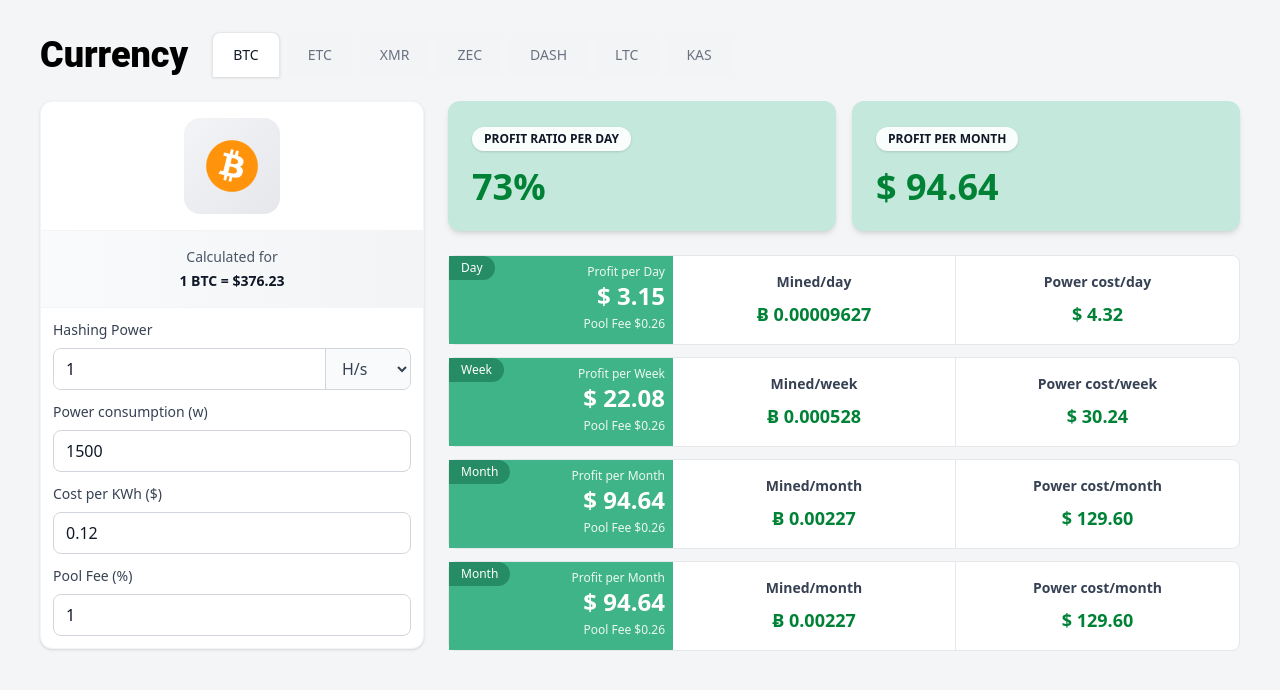
Repository: Bilal-Ahmad-CodeMaster/crypto-proj
Page: /
An editor plug-in stored every save of this project. The page is shown before and after the next save, followed by the edit.
The browser window is 1280 px wide. The pictures show the whole page.
The project was rebuilt for these pictures with package versions that can differ from the ones it lists, and the page was loaded fresh each time. The framework's server and built-in components were replaced by stand-ins that run in the browser. Also part of the build but not shown: next.config.ts.

Above is the page before, as saved 2025-11-25 22:55:48.

After the next save:
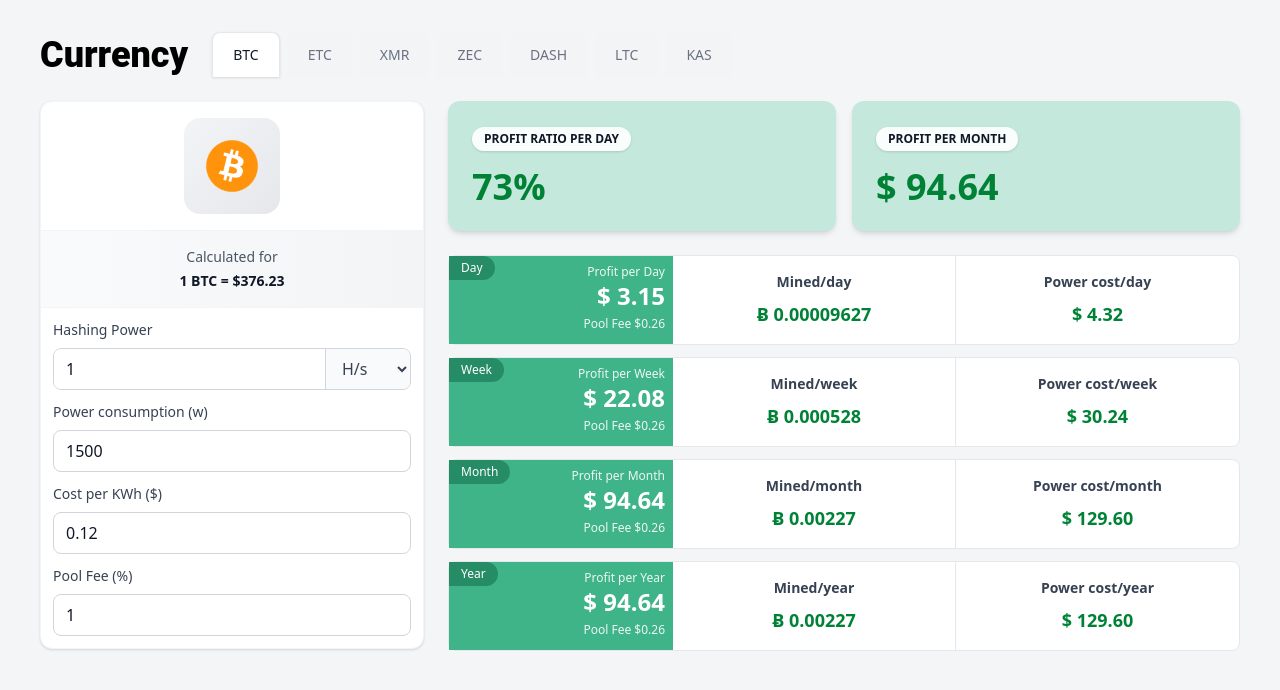
Saved 4 s later.
--- a/src/app/components/ResultCards.tsx
+++ b/src/app/components/ResultCards.tsx
@@ -105,7 +105,7 @@
                     positive={positive}
                 />
                 <StatRow
-                    title="Month"
+                    title="Year"
                     money="$ 94.64"
                     mined={`${currencySymbol} 0.00227`}
                     powerCost="$ 129.60"
